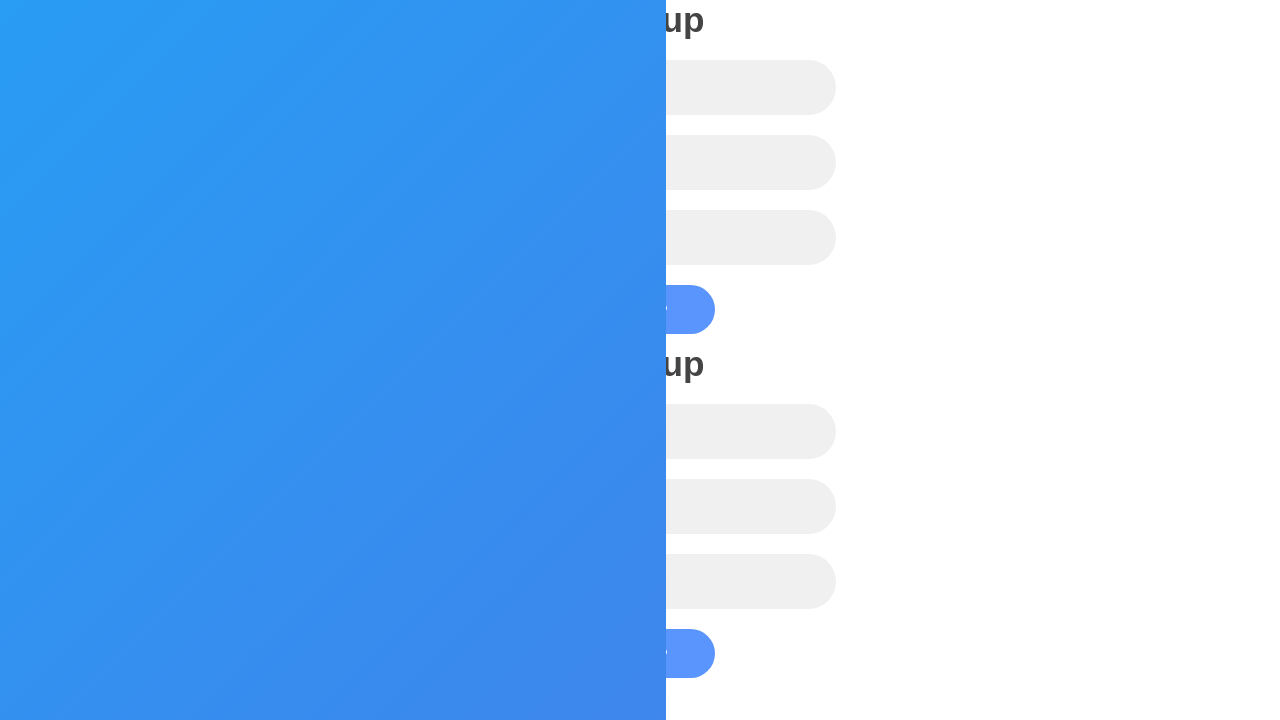
Repository: sarfaraz1611/NitteMovie.github.io
Page: regis.html
An editor plug-in stored every save of this project. The page is shown before and after the next save, followed by the edit.
The browser window is 1280 px wide. The pictures show the whole page.

Above is the page before, as saved 2022-07-15 23:51:33.

After the next save:
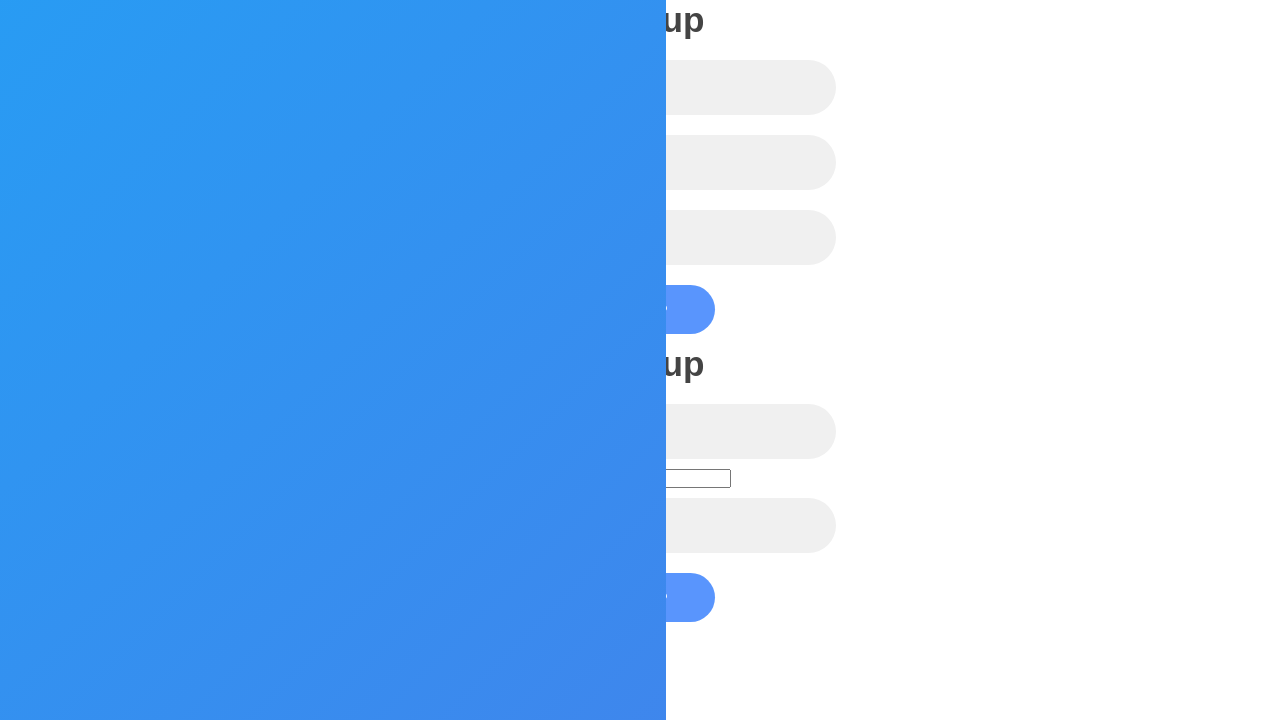
Saved 33 s later.
--- a/regis.html
+++ b/regis.html
@@ -37,7 +37,7 @@
                 <i class="fas fa-user"></i>
                 <input type="text" placeholder="Username" />
             </div>
-            <div class="input-field">
+            <div class="">
                 <i class="fas fa-envelope"></i>
                 <input type="email" placeholder="Email" />
             </div>
